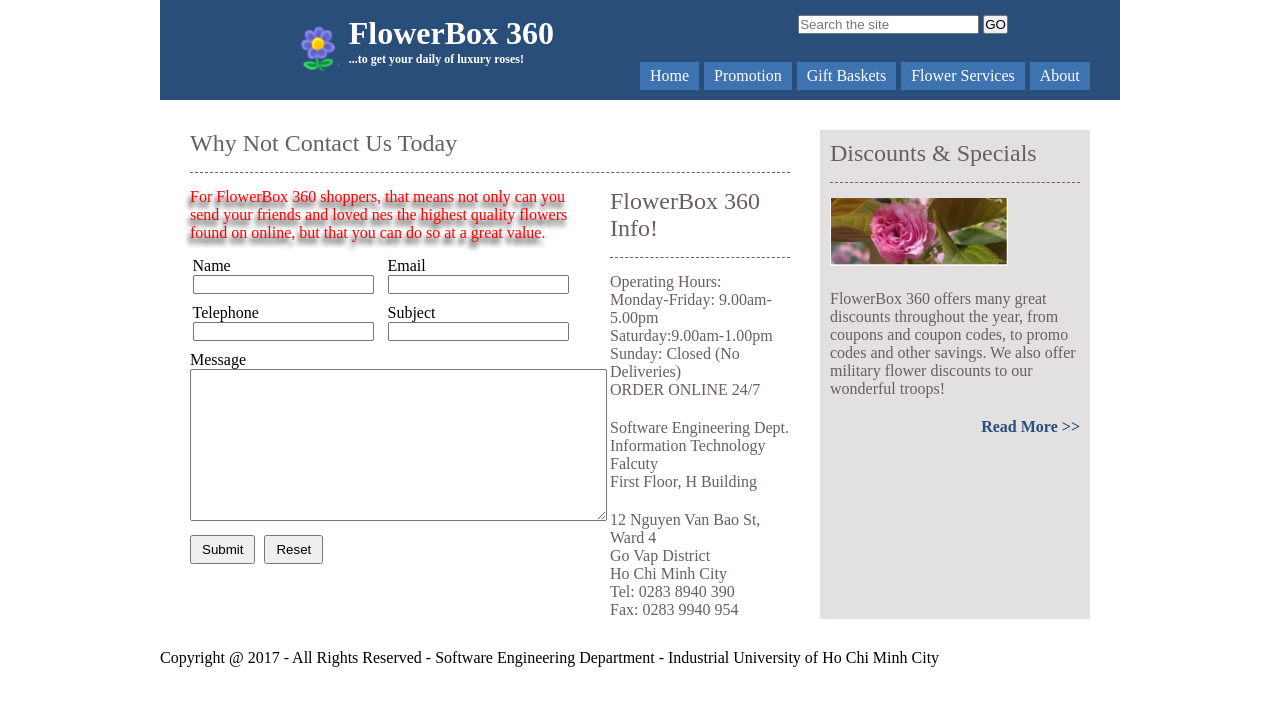
Repository: hoangnguyen1903/STT_21084321_NguyenHuyHoang_DHKHMT17B_Tuan4_DeThamKhao3
Page: html/demo.html
The author's editor kept a copy of each file at every save. The page is drawn from the files as they stood at one save, then again after the next save.
The browser window is 1280 px wide. The pictures show the whole page.

Above is the page before, as saved 2023-03-09 15:14:20.

After the next save:
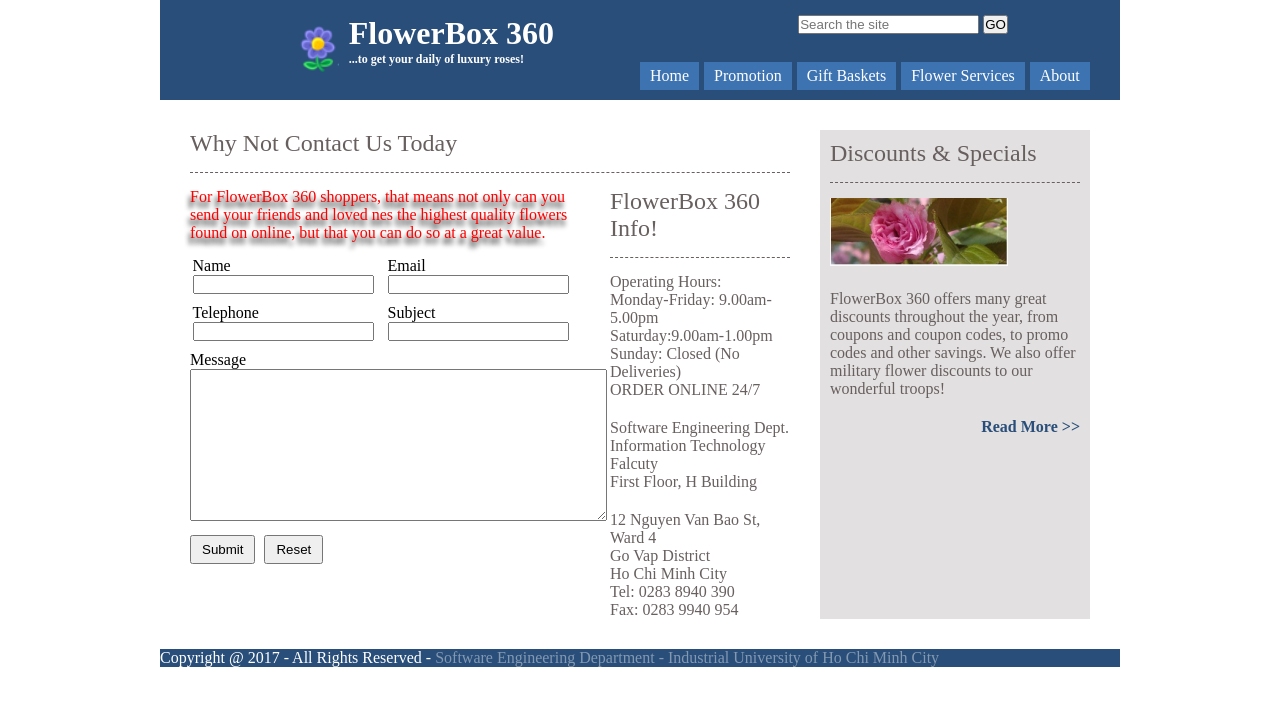
Saved 58 s later.
--- a/html/demo.html
+++ b/html/demo.html
@@ -211,6 +211,18 @@
         color: #294e79;
         float: right;
         font-weight: bold;
+      }
+
+      .footer {
+        background-color: #294e79;
+      }
+
+      .footer > p {
+        color: #fff;
+      }
+
+      .footer > p > span {
+        color: #ffffff6c;
       }
     </style>
   </head>
